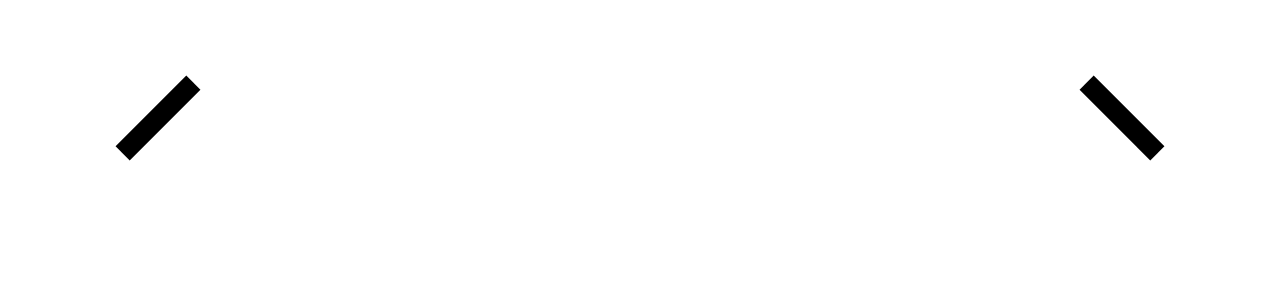
Repository: uditjain100/uditjain100.github.io
Page: index.html
The author's editor kept a copy of each file at every save. The page is drawn from the files as they stood at one save, then again after the next save.
The browser window is 1280 px wide. The pictures show the whole page.

Above is the page before, as saved 2021-05-15 01:17:11.

After the next save:
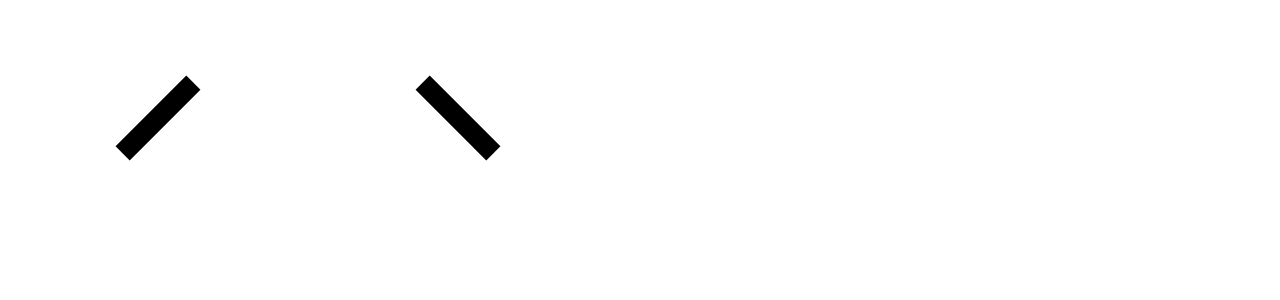
Saved 12 s later.
--- a/index.html
+++ b/index.html
@@ -8,7 +8,7 @@
 		<link rel="stylesheet" href="new.css" />
 	</head>
 	<body>
-		<span style="display: flex; justify-content: space-between">
+		<span style="display: flex; justify-content: flex-start">
 			<div id="arrowleft"></div>
 			<div id="arrowright"></div>
 		</span>
